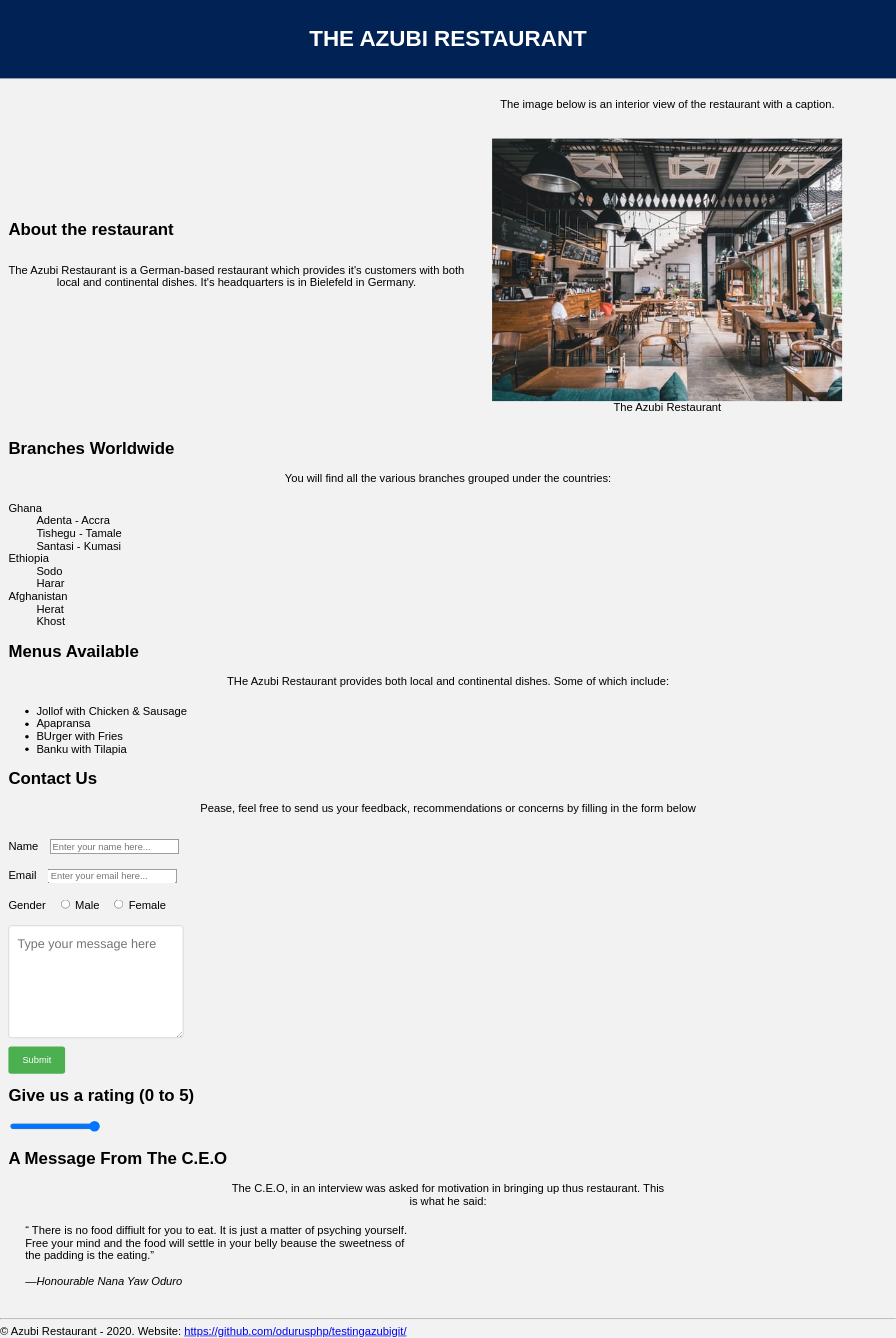
Repository: odurusphp/testingazubigit
Page: Fortune/FortunatusWulnye.html
An editor plug-in stored every save of this project. The page is shown before and after the next save, followed by the edit.
The browser window is 1280 px wide. The pictures show the whole page, at 70% of full size.

Above is the page before, as saved 2020-08-03 04:38:52.

After the next save:
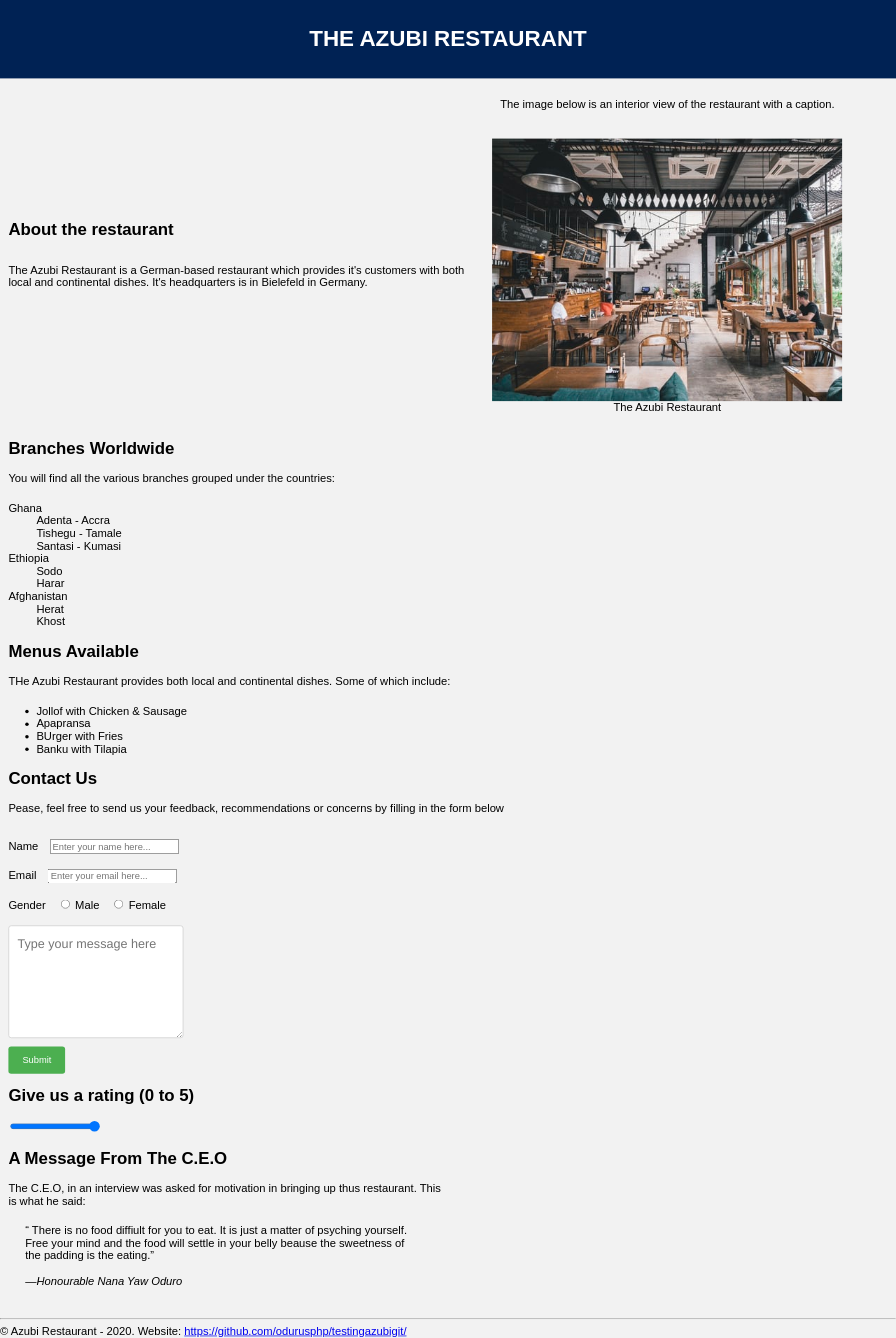
Saved 2 min 10 s later.
--- a/Fortune/css/style.css
+++ b/Fortune/css/style.css
@@ -43,11 +43,6 @@ Header styles
   display: flex;
   flex-direction: column;
   justify-content: center;
-}
-
-.about-fig,
-p,
-figcaption {
   text-align: center;
 }
 
